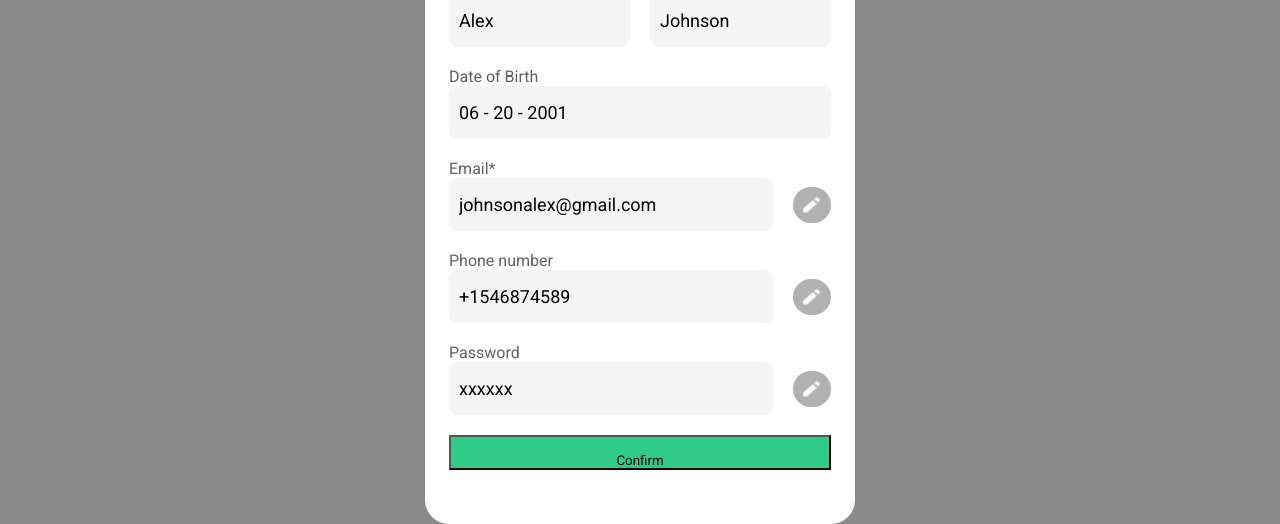
Repository: AytacSafarova/Task-figma-ui
Page: index.html
The author's editor kept a copy of each file at every save. The page is drawn from the files as they stood at one save, then again after a run of saves.
The browser window is 1280 px wide. The pictures show the part of the page from y = 300 to 840 px (the page is 824 px tall before and 840 px after).

Above is the page before, as saved 2023-02-25 17:15:17.

After the next 2 saves:
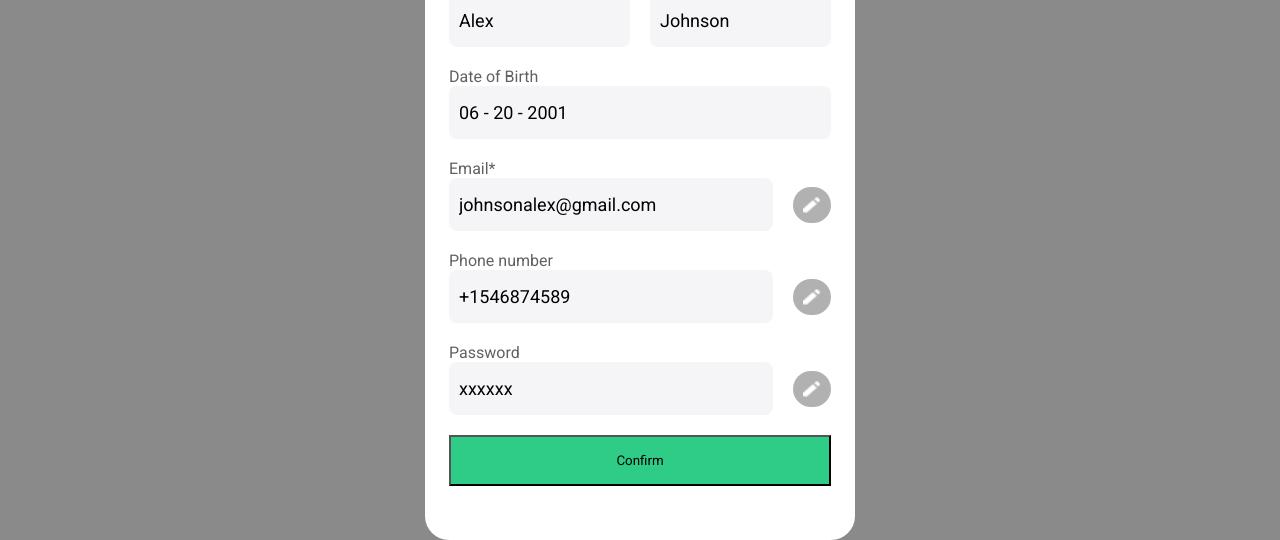
The 2 saves are shown as one change because they came seconds apart.
The last was saved 8 s later.
--- a/index.css
+++ b/index.css
@@ -103,4 +103,6 @@ button{
     width: 100%;
     padding-top: 16px
     ;
+    padding-bottom: 16px
+    ;
 }
